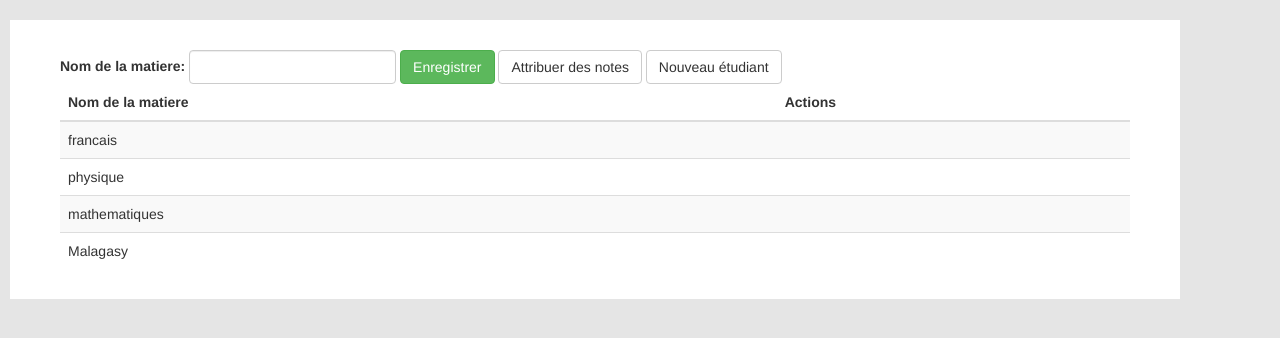
Repository: mitantsoa1/CRUD-note
Page: http://localhost/matiere
An editor plug-in stored every save of this project. The page is shown before and after the next save, followed by the edit.
The browser window is 1280 px wide. The pictures show the whole page.
The page is run by PHP 8.4 with error messages shown; the project is at /var/www/html/. The database holds what the project's SQL file puts in it.

Above is the page before, as saved 2021-02-13 04:49:08.
Console error: SyntaxError: Unexpected token '<'

### index.php
<?php

require_once ("Controls/Controllers.class.php");
// require_once ("Models/Database.class.php");
// Database::init("localhost","stage","root","");

if(isset($_GET['action'])){
    if(method_exists("Controllers",$_GET['action'])){
        $reflect = new ReflectionMethod("Controllers",$_GET['action']);
        $class = "Controllers";
        $reflect -> invoke(new $class);
    }else{
        Controllers::loadView("erreur.php");
    }
}else{
    Controllers::loadView("indexView.php");
}

?>

### Controls/Controllers.class.php
<?php
	class Controllers{

		public static function loadView($page){
			$page = htmlspecialchars(trim($page)) ;
			include("Views/".$page) ;
		}
		public function index(){
			Controllers::loadView("indexView");
		}
		// pour inclure les portions de page
		public static function includeTemplate($template)
		{
			$template = htmlspecialchars(trim($template));
			include "Views/template_parts/" . $template;
		}
		// inclure du JavaScript
		public static function includeJS($fields)
		{
			$script = "";
			for ($i = 0; $i < count($fields) - 1; $i++) {
				$code = htmlspecialchars(trim($fields[$i]));
				$script .= '<script src="Publics/js/' . $code . '.js"></script>' . "\n\t";
			}
			if ($i == count($fields) - 1) {
				$code = htmlspecialchars(trim($fields[count($fields) - 1]));
				$script .= '<script src="Publics/js/' . $code . '.js"></script>' . "\n";
			}
			echo $script;
		}
		// inclure du CSS
		public static function includeCSS($fields)
		{
			$css = "";
			for ($i = 0; $i < count($fields) - 1; $i++) {
				$code = htmlspecialchars(trim($fields[$i]));
				$css .= '<link rel="stylesheet" href="Publics/css/' . $code . '.css">' . "\n\t";
			}
			if ($i == count($fields) - 1) {
				$code = htmlspecialchars(trim($fields[count($fields) - 1]));
				$css .= '<link rel="stylesheet" href="Publics/css/' . $code . '.css">' . "\n";
			}
			echo $css;
		}

		public function note(){
			Controllers::loadView("gestion_note.php");
		}
		public function matiere(){
			Controllers::loadView("matiere.php");
		}
	}

 ?>

### Views/matiere.php
<!DOCTYPE html>
<html lang="en">
<head>
    <meta charset="UTF-8">
    <meta http-equiv="X-UA-Compatible" content="IE=edge">
    <meta name="viewport" content="width=device-width, initial-scale=1.0">
    <title>matiere</title>
    <?php
        Controllers::includeCSS(["all","bootstrap.min","sweetalert2.min","style"]);
    ?>
</head>
<body>
    <div class="container content-matiere">
        <form action="" class="form-inline">
            <input type="hidden" id="id">

            <div class="form-group">
            <br>
                <label for="">Nom de la matiere:</label>
                <input type="text" class="form-control" id="matiere">

                <a href="#" class="btn btn-success" id="btn_matiere">Enregistrer</a>
                <a href="#" id="btn_matiere_modif" class="hide btn btn-success">Modifier</a>
                <a href="note" class="btn btn-default">Attribuer des notes</a>
                <a href="index" class="btn btn-default">Nouveau étudiant</a>
            </div>

        </form>

        <div class="affiche_matiere"></div>
    </div>


<?php
Controllers::includeJS(["jquery","bootstrap.min","all","sweetalert2.min","main","function"]);
?>
</body>
</html>

### Views/erreur.php
<!DOCTYPE html>
<html lang="fr">
<head>
    <meta charset="UTF-8">
    <meta name="viewport" content="width=device-width, initial-scale=1.0">
    <title>Page invalide</title>
</head>
<body>
    <h1>ERROR 404</h1>

        <p>Cette page n'est pas disponible</p>
</body>
</html>

### Controls/ajax.php
<?php
    include("../Models/Database.class.php");
    header('Content-type: application/json');
    $db = new Database();

    if(isset($_POST['data'])){
        $tab = $db->select("etudiant")
                ->execute();
        echo json_encode($tab);
    }

    if(isset($_POST['nom'])){
        $nom = htmlspecialchars(trim($_POST['nom']));
        $prenom = htmlspecialchars(trim($_POST['prenom']));
        $dtn = htmlspecialchars(trim($_POST['date_naissance']));
        $sexe = $_POST['sexe'];

        $db->insert("etudiant")
            ->parametters(["nom","prenom","date_de_naissance","sexe"])
            ->execute([$nom,$prenom,$dtn,$sexe]);
        echo json_encode("ok");
    }

    if(isset($_POST['id_effacer'])){
        $db->delete("etudiant")
            ->where("id","=")
            ->execute([$_POST['id_effacer']]);
        echo json_encode("effacer");
    }

    if(isset($_POST['id_modifier'])){
        $tab=$db->select("etudiant")
            ->where("id","=")
            ->execute([$_POST['id_modifier']]);
        echo json_encode($tab);
    }
    if(isset($_POST['nom_modif'])){
        $nom = htmlspecialchars(trim($_POST['nom_modif']));
        $prenom = htmlspecialchars(trim($_POST['prenom']));
        $dtn = htmlspecialchars(trim($_POST['date_naissance']));
        $sexe = $_POST['sexe'];
        $id = htmlspecialchars(trim($_POST["id"]));

        $db->update("etudiant")
            ->parametters(["nom","prenom","date_de_naissance","sexe"])
            ->where("id","=")
            ->execute([$nom,$prenom,$dtn,$sexe,$id]);
        echo json_encode("ok");
    }

    if(isset($_POST['etudiant'])){
        $tab=$db->select("etudiant")
                ->where("id","=")
                ->execute([$_POST['etudiant']]);
        echo json_encode($tab);
    }

    if(isset($_POST["affiche_matiere"])){
        $tab=$db->select("matiere")
                ->execute(null);
        echo json_encode($tab);
    }

    if(isset($_POST["nom_matiere"])){
        $matiere = htmlspecialchars(trim($_POST["nom_matiere"]));
        $tab=$db->select("matiere")
                ->where("nom_matiere","=")
                ->execute([$matiere]);

                if(count($tab)>0){
                    echo json_encode("non");
                }else{
                    $db->insert("matiere")
                        ->parametters(["nom_matiere"])
                        ->execute([$matiere]);
                        //APINA ALTER TABLE
                    echo json_encode("ok");
                }
    }

    if(isset($_POST['id_mat_effacer'])){
        $db->delete("matiere")
            ->where("id_matiere","=")
            ->execute([$_POST['id_mat_effacer']]);
        echo json_encode("effacer");
    }

    if(isset($_POST['id_mat_modifier'])){
        $tab=$db->select("matiere")
            ->where("id_matiere","=")
            ->execute([$_POST['id_mat_modifier']]);
        echo json_encode($tab);
    }
    if(isset($_POST['nom_mat_modif'])){
        $matiere = htmlspecialchars(trim($_POST['nom_mat_modif']));
        $id = htmlspecialchars(trim($_POST["id"]));

        $db->update("matiere")
            ->parametters(["nom_matiere"])
            ->where("id_matiere","=")
            ->execute([$matiere,$id]);
        echo json_encode("ok");
    }

    if(isset($_POST['affiche_note'])){
        $tab = $db->select("matiere")
                    ->execute(null);

        echo json_encode($tab);

    }

    if(isset($_POST['id_etudiant'])){
        $tab = $db->select("note")
                    ->innerD("etudiant","id_etudiant","id")
                    ->et("note.id_etudiant","=")
                    ->execute([$_POST['id_etudiant']]);

                    echo json_encode($tab);
    }

    if(isset($_POST['tosend'])){
        $fr=htmlspecialchars(trim($_POST['français'])) ;
        $en =htmlspecialchars(trim($_POST['english']));
        $maths =htmlspecialchars(trim( $_POST['mathematiques'])) ;
        $mal =htmlspecialchars(trim($_POST['Malagasy'])) ;

        $db->insert("note")
           ->parametters(["id_etudiant","francais","english","mathematiques","Malagasy"])
           ->execute([6,$fr,$en,$maths,$mal]);
    }

    if(isset($_POST['id_et'])){
        $fr=htmlspecialchars(trim($_POST['fr'])) ;
        $ang =htmlspecialchars(trim($_POST['ang']));
        $maths =htmlspecialchars(trim( $_POST['maths'])) ;
        $mal =htmlspecialchars(trim($_POST['mal'])) ;
        $id_et = $_POST['id_et'];

        $tab =$db->select("note")
                ->where("id","=")
                    ->execute([$id_et]);
            if(count($tab)>0){
                echo json_encode("erreur");
            }else{
                $db->insert("note")
                    ->parametters(["id","francais","anglais","mathematiques","Malagasy"])
                    ->execute([$id_et,$fr,$ang,$maths,$mal]);
                    echo json_encode("ok");
            }

    }

    // if(isset($_POST['AllNote2'])){
    //     $table = $db->select("note")
    //                 // ->inner("note","id")
    //                 ->execute(null);
    //     echo json_encode($table);
    // }

    if(isset($_POST['id_effacer_note'])){
        $db = $db->delete("note")
                ->where("id_note","")
                ->execute([$_POST['id_effacer_note']]);
            echo json_encode("delete");

    }

    if(isset($_POST['id_mod_note'])){
        $tab = $db->select("note")
                    ->where("id_note","=")
                    ->execute([$_POST['id_mod_note']]);
        echo json_encode($tab);
    }
    if(isset($_POST['id_et_modif'])){
        $fr=htmlspecialchars(trim($_POST['fr'])) ;
        $ang =htmlspecialchars(trim($_POST['ang']));
        $maths =htmlspecialchars(trim( $_POST['maths'])) ;
        $mal =htmlspecialchars(trim($_POST['mal'])) ;
        $id_et = $_POST['id_et'];
        $id_n = htmlspecialchars(trim($_POST['id_n'])) ;


                $db->update("note")
                    ->parametters(["id","francais","anglais","mathematiques","Malagasy"])
                    ->where("id_note","=")
                    ->execute([$id_et,$fr,$ang,$maths,$mal,$id_n]);
                    echo json_encode("ok");


    }

    if(isset($_POST['note'])){
        $tab = $db->select("note")
                    ->execute(null);
        echo json_encode($tab);
    }


    if(isset($_POST['etud'])){
        $etud=htmlspecialchars(trim($_POST['etud'])) ;
        $mat =htmlspecialchars(trim($_POST['mat']));
        $note =htmlspecialchars(trim( $_POST['note'])) ;

        echo json_encode($note);die;
        $tab = $db->select("note")
                    ->where("id_etudiant","=")
                    ->et("matiere","=")
                    ->execute([$etud,$mat]);

            if(count($tab)>0){
                echo json_encode("non");
            }else{
                $db->insert("note")
                    ->parametters(["id_etudiant","matiere","note"])
                    ->execute([$etud,$mat,$note]);
                echo json_encode("ok");
            }
        ;
    }

?>

### Models/Database.class.php
<?php
class Database{
	private $query,$nombreParam, $lastTable;
	private static $conn,$host,$base,$user,$pass,$port ;
		// bd = new PDO("mysql:host=localhost;dbname=nom","user","pass")
		// initialisation
	public static function init($hote,$base,$port,$user,$pass) {
		self::$host=htmlspecialchars(trim($hote)) ;
		self::$base=htmlspecialchars(trim($base)) ;
		self::$user=htmlspecialchars(trim($user)) ;
		self::$pass=htmlspecialchars(trim($pass)) ;

	}
	public static function db() {
		$options = array(PDO::MYSQL_ATTR_INIT_COMMAND => 'SET NAMES utf8',
);


		$url ="mysql:host=".self::$host.";port=".self::$port.";dbname=".self::$base;
		if(!isset(self::$conn)) {
			self::$conn = new PDO($url,self::$user,self::$pass,$options);
		}
		return self::$conn ;

	}
		// execution du requete
	public function execute($value=null) {

			// tester s'il y des trous dans les requetes
			// si c'est une requete de selection
		if (strpos($this->query,"SELECT")>-1) {

			if (strpos($this->query,"?")>-1 ){
				$req = self::db()->prepare($this->query) ;
				$req->execute($value) ;
			}
			else {
				$req = self::db()->query($this->query) ;
			}


			return $req->fetchAll(PDO::FETCH_OBJ);
		}
		else {
			if (strpos($this->query,"?")>-1 ){
				$req = self::db()->prepare($this->query) ;
				$req->execute($value) ;

			}
			else {
				self::db()->query($this->query) ;
			}


			return 0 ;
		}



	}
	public function getQuery() {
		echo $this->query ;
	}
	public function select($table){
		$table=htmlspecialchars(trim($table)) ;
		$this->query = "SELECT * FROM ".$table ;
		$this->lastTable =$table ;
		return $this ;
	}
	public function where($id,$operateur){
		$this->query .= " WHERE ".$id."".$operateur."?";

		return $this ;
	}
	public function et($id,$operateur) {
		$this->query .= " AND ".$id."".$operateur."?";

		return $this ;
	}
	public function ou($id,$operateur) {
		$this->query .= " OR ".$id."".$operateur."?";

		return $this ;
	}
		// insertion
	public function insert($table) {
		$this->query="INSERT INTO ".$table ;
		return $this ;
	}
	// mise à jours
	public function update($table) {
		$this->query="UPDATE ".$table ;
		return $this ;
	}
	public function parametters($fields) {
		if (strpos($this->query,"INSERT")>-1){
			// insertion
			$listeFields="(" ;
			$valeur="VALUES (" ;
			for ($i=0; $i <count($fields) ; $i++) {
				$listeFields.=$fields[$i]."," ;
				$valeur.="?," ;
			}

			$listeFields=trim($listeFields,",").")" ;

			$valeur=trim($valeur,",").")" ;
			$this->query.=" ".$listeFields ;
			$this->query.=" ".$valeur ;
		}
		else if (strpos($this->query,"UPDATE")>-1){
			$listeFields="SET " ;
			for ($i=0; $i <count($fields); $i++) {
				$listeFields.=$fields[$i]."=?," ;
			}
			$listeFields=trim($listeFields,",") ;
			$this->query.=" ".$listeFields ;
		}

		return $this ;
	}

		// suppréssion
	public function delete($table) {
		$table=htmlspecialchars(trim($table)) ;
		$this->query=" DELETE FROM ".$table;
		return $this ;
	}
	public function order($param) {
		$this->query.=" ORDER BY " ;
		$listeOrder="" ;
		foreach ($param as $key => $value) {
			$listeOrder.=$key. " ".$value."," ;
		}
		$listeOrder=trim($listeOrder,",") ;
		$this->query.=$listeOrder ;
		return $this ;
	}
	public function inner($table2,$id1) {
		$table2=htmlspecialchars(trim($table2)) ;
		$id1= htmlspecialchars(trim($id1)) ;

		$this->query.=" INNER JOIN ".$table2." ON ".$this->lastTable.".".$id1."=".$table2.".".$id1 ;
		$this->lastTable=$table2;
		return $this;
	}
	// inner join id différent
	public function innerD($table2,$id1,$id2) {
		$table2=htmlspecialchars(trim($table2)) ;
		$id1= htmlspecialchars(trim($id1)) ;

		$this->query.=" INNER JOIN ".$table2." ON ".$this->lastTable.".".$id1."=".$table2.".".$id2 ;
		$this->lastTable=$table2;
		return $this;
	}
	public function sum($table,$fields) {
		$fields = htmlspecialchars(trim($fields)) ;
		$table = htmlspecialchars(trim($table)) ;
		$this->query="SELECT SUM(".$fields.") AS somme FROM ".$table ;
		return $this ;
	}
	// selection avec paramètre
	public function selectParam($table,$listeFields) {
		$reqBase ="SELECT " ;
		for ($i=0; $i <count($listeFields) ; $i++) {
			$reqBase.=$listeFields[$i]."," ;
		}
		$this->query = trim($reqBase,",")." FROM ".$table;
		return $this ;


	}
	public function customSelect($requete) {
		$req = self::db()->query($requete) ;

		return $req->fetchAll(PDO::FETCH_OBJ);
	}

}
	Database::init("localhost","scolarite","3306","root","");

	//ALTER TABLE `note` ADD `francais` IF NOT EXISTS DOUBLE NOT NULL DEFAULT '0.0'
// $db = new Database();
// //  $tab = $db->select("note")
                //  $db->select("note")
                //     ->inner("etudiant","id")
				// 	->getQuery();
?>

### Publics/css/style.css
body {
    margin: 0;
    padding: 0;
    background: rgba(0, 0, 0, .1);
}

.content {
    width: 50vw;
    min-width: 300px;
    background: white;
    padding: 10px 20px 0 !important;
    margin: 10px auto;
    border: white 1px solid !important;
    border-radius: 10px !important;
}

.content .titre {
    padding: 0;
    margin: 0;
}

.boutton {
    display: block;
    margin: 0 auto;
    width: 100px;
}

#btn_modification {
    margin-left: 30%;
}

.table_etudiant {
    position: relative;
    height: auto;
    max-height: 150px;
    overflow: auto;
}

.table_etudiant thead {
    position: sticky;
    top: 0;
    background: black;
    color: white;
}

.content-note {
    min-width: 300px;
    background: white;
    padding: 0px 0px 10px 20px !important;
    margin: 10px auto;
    border: white 1px solid !important;
    border-radius: 10px !important;
}

.note-content {
    width: 50vw;
    min-width: 300px;
    background: white;
    padding: 0px 50px 0 !important;
    margin: 10px auto;
    border: white 1px solid !important;
    border-radius: 10px !important;
}

.note-content label,
.note-content input {
    display: inline-block;
    width: 040%;
}

.note-content select {
    display: inline-block;
    width: auto;
    max-width: 50%;
}

.note-content #b_note,
.note-content #b_matiere_modif {
    margin-left: 035%;
}

.gestion-content {
    width: 350px;
    padding: 10px 20px;
    background: white;
    margin: 10px auto;
}

.content-matiere {
    margin: 20px 10px;
    padding: 10px 50px;
    background: white;
}

### Publics/js/main.js
$(document).ready(function() {
    function selectionAll() {
        $.ajax({
            url: "Controls/ajax.php",
            type: "POST",
            data: "data=data",
            datatype: "json",
            success: function(data) {
                if (data.length > 0) {
                    var table_affichage = "<div class='table_etudiant'> <table class='table table-striped  m-t-10' style='position: relative !important;'><thead style='position: sticky !important;z-index: 1000;'><th>Nom</th><th>Prenom</th><th>Date de naissance</th><th>Sexe</th><th>Actions</th></thead><tbody>";
                    for (var i = 0; i < data.length; i++) {
                        table_affichage = table_affichage + "<tr><td>" + data[i].nom + "</td><td>" + data[i].prenom + "</td><td>" + data[i].date_de_naissance + "</td><td>" + data[i].sexe + "</td><td><a href='#' class=' glyph'  data-toggle='tooltip' data-placement='bottom' title='effacer' onclick='effacer(" + data[i].id + ")'> <i class='fa fa-trash'></i></a><a href='#' class='glyph' data-toggle='tooltip'  data-placement='bottom' title='modifier' onclick='modifier(" + data[i].id + ")'> <i class='fa fa-edit'></i></a>";
                    }
                    table_affichage = table_affichage + "</td></tr></tbody></table></div>";

                    $('.affichage_etudiant').html(table_affichage);
                } else {
                    $('.affichage_etudiant').html("<h3>Il n'y a pas d'etudiant</h3>");
                }

            }
        })
    }
    selectionAll();

    function afficheNote() {
        var etudiant = $("#select_etudiant_note").val();
        $.ajax({
            url: "Controls/ajax.php",
            type: "POST",
            data: "etudiant=" + etudiant,
            datatype: "json",
            success: function(data) {
                if (data.length > 0) {
                    var table_affichage = "<div class='nom_etudiant'><span> " + data[0].nom + " </span><span> " + data[0].prenom + " </span><span> " + data[0].sexe + " </span><span>  " + data[0].date_de_naissance + "</span>";

                    $('.nom').html(table_affichage);
                } else {
                    $('.nom').html("<h3>Il n'y a pas d'etudiant</h3>");
                }

            }
        })
    }
    afficheNote();

    $('#select_etudiant_note').on('change', function() {
        var etudiant = $("#select_etudiant_note").val();
        $.ajax({
            url: "Controls/ajax.php",
            type: "POST",
            data: "etudiant=" + etudiant,
            datatype: "json",
            success: function(data) {
                if (data.length > 0) {
                    afficheNote();
                } else {
                    $('.nom').html("<h3>Il n'y a pas d'etudiant</h3>");
                }

            }
        })
    })

    function affiche_matiere() {
        $.ajax({
            url: "Controls/ajax.php",
            type: "POST",
            data: "affiche_matiere=affiche_matiere",
            datatype: "json",
            success: function(data) {
                if (data.length > 0) {
                    var table_affichage = "<div class='table_matiere m-t-10'> <table class='table table-striped  m-t-10' style='position: relative !important;'><thead style='position: sticky !important;z-index: 1000;'><th>Nom de la matiere</th><th>Actions</th></thead><tbody>";
                    for (var i = 0; i < data.length; i++) {
                        table_affichage = table_affichage + "<tr><td>" + data[i].nom_matiere + "</td><td><a href='#' class=' glyph'  data-toggle='tooltip' data-placement='bottom' title='effacer' onclick='supr_mat(" + data[i].id_matiere + ")'> <i class='fa fa-trash'></i></a><a href='#' class='glyph' data-toggle='tooltip'  data-placement='bottom' title='modifier' onclick='modif_mat(" + data[i].id_matiere + ")'> <i class='fa fa-edit'></i></a>";
                    }
                    table_affichage = table_affichage + "</td></tr></tbody></table></div>";

                    $('.affiche_matiere').html(table_affichage);
                } else {
                    $('.affiche_matiere').html("<h3>Il n'y a pas de matiere</h3>");
                }

            }
        })
    }
    affiche_matiere();

    $('#btn_matiere').on('click', function() {
        var $matiere = $('#matiere').val();

        var data = "nom_matiere=" + $matiere;
        $.ajax({
            url: "Controls/ajax.php",
            type: "POST",
            data: data,
            datatype: "json",
            success: function(data) {
                if (data == "ok") {
                    Swal.fire({
                        position: "center",
                        icon: "success",
                        title: "succes!"
                    });
                    affiche_matiere();
                    $('#matiere').val("");

                } else if (data == "non") {
                    Swal.fire({
                        position: "center",
                        icon: "warning",
                        title: "La matiere existe déjà!"
                    });
                } else {
                    Swal.fire({
                        position: "center",
                        icon: "error",
                        title: "Erreur de connexion à la base"
                    });
                }

            }
        })
    })

    $('#btn_enregistrer').on('click', function() {
        var $nom = $('#nom').val();
        var $prenom = $('#prenom').val();
        var $dtn = $('#dtn').val();
        var $sexe = $('#sexe').val();

        var data = "nom=" + $nom + "&prenom=" + $prenom + "&date_naissance=" + $dtn + "&sexe=" + $sexe;
        $.ajax({
            url: "Controls/ajax.php",
            type: "POST",
            data: data,
            datatype: "json",
            success: function(data) {
                if (data == "ok") {
                    Swal.fire({
                        position: "center",
                        icon: "success",
                        title: "succes!"
                    });
                    selectionAll();
                    $('#nom').val("");
                    $('#prenom').val("");
                    $('#dtn').val("");
                    $('#sexe').val("");
                }

            }
        })
    })


});

### scolarite.sql (the tables this page reads)
CREATE TABLE IF NOT EXISTS `etudiant` (
  `id` int(11) NOT NULL AUTO_INCREMENT,
  `nom` varchar(255) NOT NULL,
  `prenom` varchar(255) NOT NULL,
  `date_de_naissance` date NOT NULL,
  `sexe` varchar(30) NOT NULL,
  PRIMARY KEY (`id`)
) ENGINE=MyISAM AUTO_INCREMENT=9 DEFAULT CHARSET=utf8;

INSERT INTO `etudiant` (`id`, `nom`, `prenom`, `date_de_naissance`, `sexe`) VALUES
(5, 'mitantsoa', 'mi', '2021-01-26', 'femme'),
(8, 'rabe', 'be', '2021-01-25', 'femme');

CREATE TABLE IF NOT EXISTS `matiere` (
  `id_matiere` int(11) NOT NULL AUTO_INCREMENT,
  `nom_matiere` varchar(255) NOT NULL,
  PRIMARY KEY (`id_matiere`)
) ENGINE=MyISAM AUTO_INCREMENT=8 DEFAULT CHARSET=utf8;

INSERT INTO `matiere` (`id_matiere`, `nom_matiere`) VALUES
(1, 'francais'),
(7, 'physique'),
(3, 'mathematiques'),
(6, 'Malagasy');

Loaded but not shown: Publics/css/all.css (library); Publics/css/bootstrap.min.css (library); Publics/css/sweetalert2.min.css (library); Publics/js/jquery.js (library); Publics/js/bootstrap.min.js (library); Publics/js/function.js (201 lines, source omitted)

After the next save:
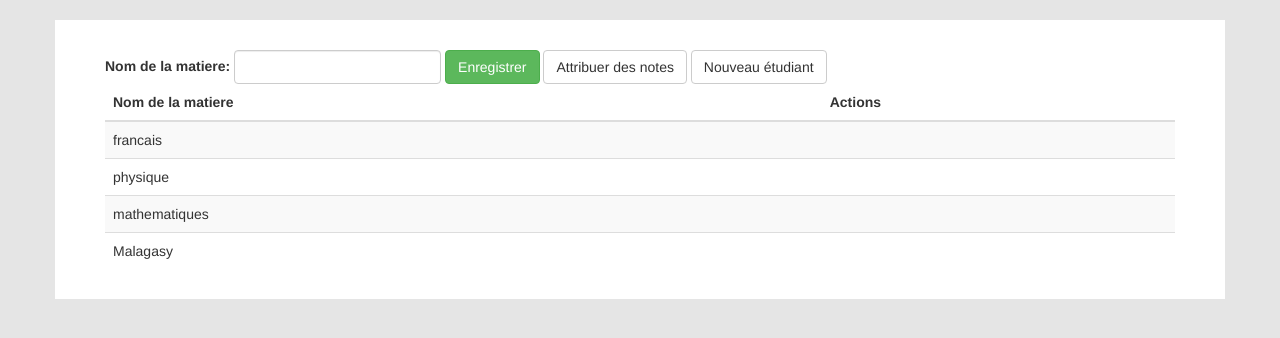
Saved 17 s later.
--- a/Publics/css/style.css
+++ b/Publics/css/style.css
@@ -87,7 +87,7 @@ body {
 }
 
 .content-matiere {
-    margin: 20px 10px;
+    margin: 20px auto;
     padding: 10px 50px;
     background: white;
 }
